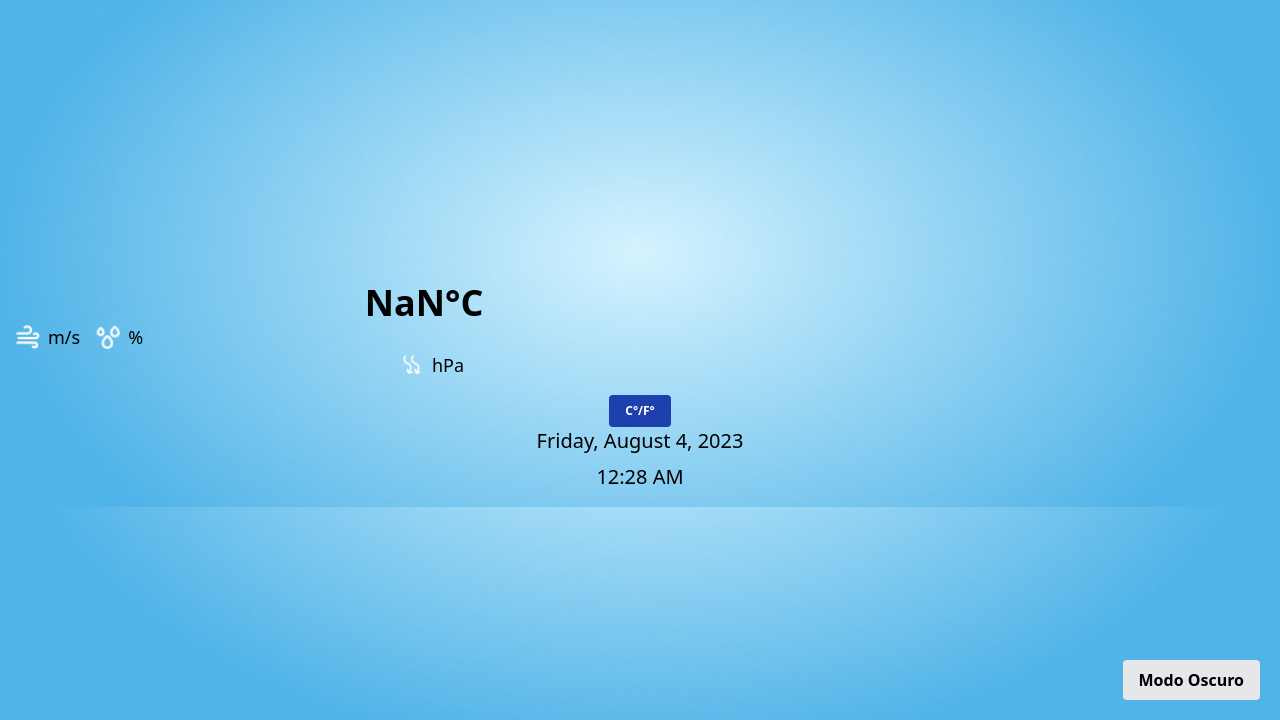
Repository: LukasMoyano/WeatherApp-_-LukasMoyano-_-V-_4.0_6.6.6
Page: /
The author's editor kept a copy of each file at every save. The page is drawn from the files as they stood at one save, then again after the next save.
The browser window is 1280 px wide. The pictures show the whole page.
The page's requests for data from a server got no answer. The project was rebuilt for these pictures with package versions that can differ from the ones it lists, and the page was loaded fresh each time. No one was signed in, and anything a server would have sent is missing. Also part of the build but not shown: vite.config.js.

Above is the page before, as saved 2023-08-06 21:43:07.

### index.html
<!DOCTYPE html>
<html lang="en">
  <head>
    <meta charset="UTF-8" />
    <link rel="icon" type="image/png" href="thor-hammer.png">
    <meta name="viewport" content="width=device-width, initial-scale=1.0" />
    <title>WeatherApp - LukasMoyano-_-V-_2.1.1</title>
  </head>
  <body>
    <div id="root"></div>
    <script type="module" src="/src/main.jsx"></script>
  </body>
</html>

### src/main.jsx
import React from 'react'
import ReactDOM from 'react-dom/client'
import App from "/src/App.jsx";

ReactDOM.createRoot(document.getElementById('root')).render(
  <React.StrictMode>
    <App />
  </React.StrictMode>,
)

### src/App.jsx
import { useEffect, useState } from "react";
import axios from "axios";
import Weather from "./components/Weather";
import "./App.css";

function App() {
  const [weatherInfo, setWeatherInfo] = useState(null);
  const [isDarkMode, setIsDarkMode] = useState(false);
  const backgroundImage = isDarkMode ? "image002_Dark%20version.jpg" : "image001_LightVersion.jpg";

  useEffect(() => {
    navigator.geolocation.getCurrentPosition(success);
  }, []);

  const success = (pos) => {
    console.log(pos);

    const lat = pos.coords.latitude;
    const lon = pos.coords.longitude;
    console.log({ lat, lon });

    const API_KEY = "f61630c5193995d939b6b8024057b009";

    const url = `https://api.openweathermap.org/data/2.5/weather?lat=${lat}&lon=${lon}&appid=${API_KEY}`;

    console.log(url);

    axios
      .get(url)
      .then(({ data }) => setWeatherInfo(data))
      .catch((err) => console.log(err));
  };

  const toggleDarkMode = () => {
    setIsDarkMode(!isDarkMode);
  };

  return (
    <div className={`min-h-screen ${isDarkMode ? "dark" : ""}`}>
      <main
        className={`min-h-screen font-lato relative ${
          isDarkMode ? "bg-black bg-opacity-50 text-white" : "bg-white bg-opacity-70 text-black"
        }`}
        style={{
          backgroundImage: `url(public/background/${backgroundImage})`,
          backgroundSize: "cover",
          backgroundPosition: "center",
        }}
      >
        <Weather weatherInfo={weatherInfo} isDarkMode={isDarkMode} />
        <button
          onClick={toggleDarkMode}
          className={`absolute bottom-5 right-5 px-4 py-2 font-bold rounded ${
            isDarkMode ? "bg-gray-800 text-white" : "bg-gray-200 text-black"
          }`}
        >
          {isDarkMode ? "Modo Claro" : "Modo Oscuro"}
        </button>
      </main>
    </div>
  );
}

export default App;

### src/components/Weather.jsx
import { useState } from "react";

const Weather = ({ weatherInfo, isDarkMode }) => {
  const [isCelsius, setIsCelsius] = useState(true);

  const toggleTemperatureUnit = () => {
    setIsCelsius(!isCelsius);
  };

  const convertTemperature = (temperature) => {
    if (isCelsius) {
      return Math.round(temperature - 273.15) + "°C";
    } else {
      return Math.round(((temperature - 273.15) * 9) / 5 + 32) + "°F";
    }
  };

  const getCurrentDateTime = () => {
    const currentDate = new Date();
    const options = {
      weekday: "long",
      day: "numeric",
      month: "long",
      year: "numeric",
    };
    const date = currentDate.toLocaleDateString(undefined, options);
    const time = currentDate.toLocaleTimeString(undefined, {
      hour: "numeric",
      minute: "numeric",
    });
    return { date, time };
  };

  const { date, time } = getCurrentDateTime();

  return (
    <div
      className={`my-auto mx-auto items-center justify-center p-4 rounded-lg text-center ${
        isDarkMode
          ? "bg-black bg-opacity-50 text-white"
          : "bg-white bg-opacity-70 text-black"
      }`}
      style={{
        backgroundImage: `url(${
          isDarkMode
            ? "public/background/image002_Dark version.jpg"
            : "public/background/image001_LightVersion.jpg"
        })`,
        backgroundSize: "cover",
        backgroundPosition: "center",
      }}
    >
      <div className="relative w-337 h-231 flex-shrink-0">
      <h2 className="text-2xl font-bold mb-4">{weatherInfo?.name}</h2>

        <svg
          xmlns="http://www.w3.org/2000/svg"
          width="345"
          height="235"
          viewBox="0 0 345 235"
          fill="none"
        >
          {/* SVG path and definitions */}
        </svg>

      </div>

      <div className="flex flex-col md:flex-row md:items-start mt-4">

        <div className="md:w-2/3 md:mr-4">


{}




          <div className="flex items-center justify-center">
            <span className="text-4xl font-bold">{convertTemperature(weatherInfo?.main.temp)}</span>
            <div className="relative ml-4">
              {weatherInfo?.weather[0].icon ? (
                <img
                  src={`https://openweathermap.org/img/wn/${weatherInfo?.weather[0].icon}@4x.png`}
                  alt="Weather Icon"
                  className="mx-auto h-24"
                />
              ) : null}
              <div className="absolute inset-0 bg-white opacity-50 rounded-lg"></div>
            </div>
          </div>
          <h3 className="">{weatherInfo?.weather[0].description}</h3>


          <section className="grid grid-cols-3 gap-4 md:flex md:flex-row md:items-center">
            <article className="flex items-center justify-center flex-col">
              <div className="flex items-center">
                <img src="./images/wind.png" alt="Wind Icon" className="w-6 h-6 mr-2" />
                <span className="text-lg">{weatherInfo?.wind.speed}m/s</span>
              </div>
            </article>

            <article className="flex items-center justify-center flex-col">
              <div className="flex items-center">
                <img src="./images/humidity.png" alt="Humidity Icon" className="w-6 h-6 mr-2" />
                <span className="text-lg">{weatherInfo?.main.humidity}%</span>
              </div>
            </article>


          </section>


          <article className="flex items-center justify-center flex-col">
              <div className="flex items-center">
                <img src="./images/pressure.png" alt="Pressure Icon" className="w-6 h-6 mr-2" />
                <span className="text-lg">{weatherInfo?.main.pressure}hPa</span>
              </div>
            </article>


        </div>


      </div>

      <button
            onClick={toggleTemperatureUnit}
            className={`bg-blue-800 hover:bg-blue-700 text-white font-bold py-2 px-4 rounded mt-4 mx-auto block text-xs ${
              isDarkMode ? "bg-opacity-70" : "bg-opacity-100"
            }`}
          >
            C°/F°
          </button>

      <p className="text-xl mb-2">{date}</p>
      <p className="text-xl">{time}</p>
    </div>
  );
};

export default Weather;

### src/App.css
@import 'tailwindcss/base';
@import 'tailwindcss/components';
@import 'tailwindcss/utilities';

### tailwind.config.js
/** @type {import('tailwindcss').Config} */
export default {
  content: [
    "./index.html",
    "./src/**/*.{js,ts,jsx,tsx}",
  ],
  theme: {
    extend: {},
    fontFamily: {
      Lato: ["Lato", "Sans-Serif"]
    }
  },
  plugins: [],

}

After the next save:
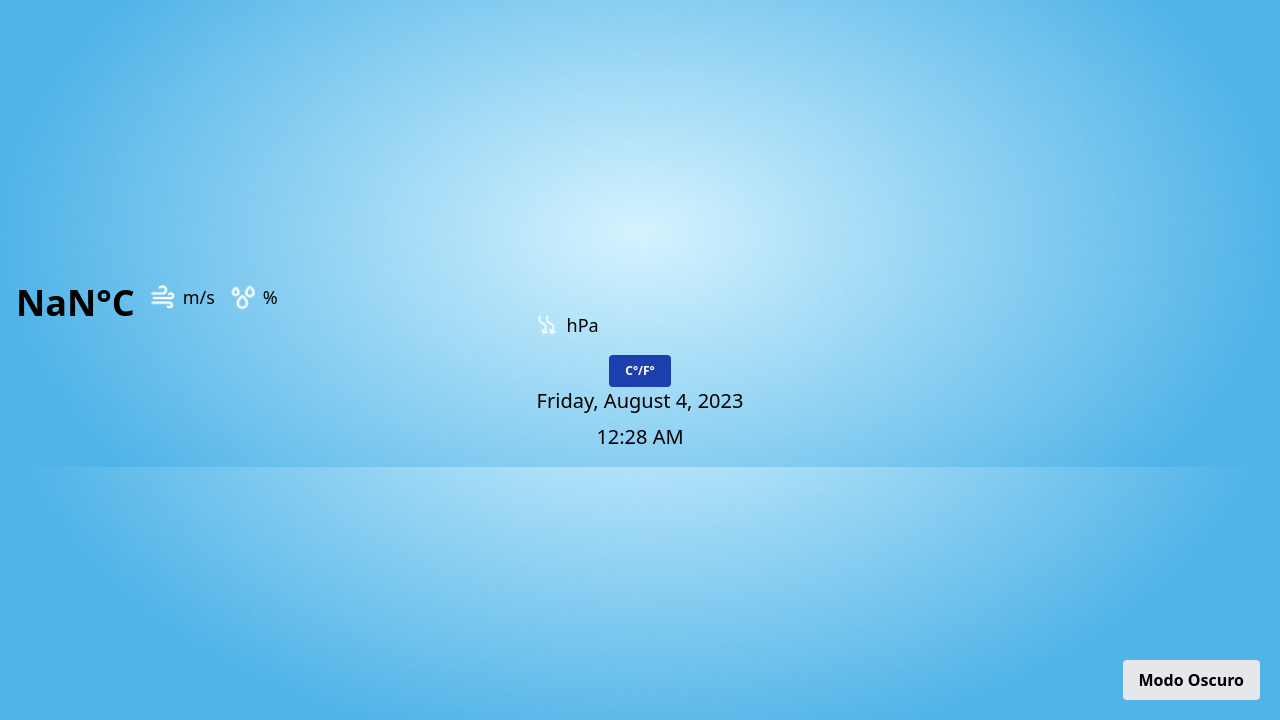
Saved 33 s later.
--- a/src/components/Weather.jsx
+++ b/src/components/Weather.jsx
@@ -66,6 +66,17 @@ const Weather = ({ weatherInfo, isDarkMode }) => {
       </div>
 
       <div className="flex flex-col md:flex-row md:items-start mt-4">
+      <span className="text-4xl font-bold">{convertTemperature(weatherInfo?.main.temp)}</span>
+            <div className="relative ml-4">
+              {weatherInfo?.weather[0].icon ? (
+                <img
+                  src={`https://openweathermap.org/img/wn/${weatherInfo?.weather[0].icon}@4x.png`}
+                  alt="Weather Icon"
+                  className="mx-auto h-24"
+                />
+              ) : null}
+              <div className="absolute inset-0 bg-white opacity-50 rounded-lg"></div>
+            </div>
 
         <div className="md:w-2/3 md:mr-4">
 
@@ -76,17 +87,7 @@ const Weather = ({ weatherInfo, isDarkMode }) => {
 
 
           <div className="flex items-center justify-center">
-            <span className="text-4xl font-bold">{convertTemperature(weatherInfo?.main.temp)}</span>
-            <div className="relative ml-4">
-              {weatherInfo?.weather[0].icon ? (
-                <img
-                  src={`https://openweathermap.org/img/wn/${weatherInfo?.weather[0].icon}@4x.png`}
-                  alt="Weather Icon"
-                  className="mx-auto h-24"
-                />
-              ) : null}
-              <div className="absolute inset-0 bg-white opacity-50 rounded-lg"></div>
-            </div>
+
           </div>
           <h3 className="">{weatherInfo?.weather[0].description}</h3>
 
